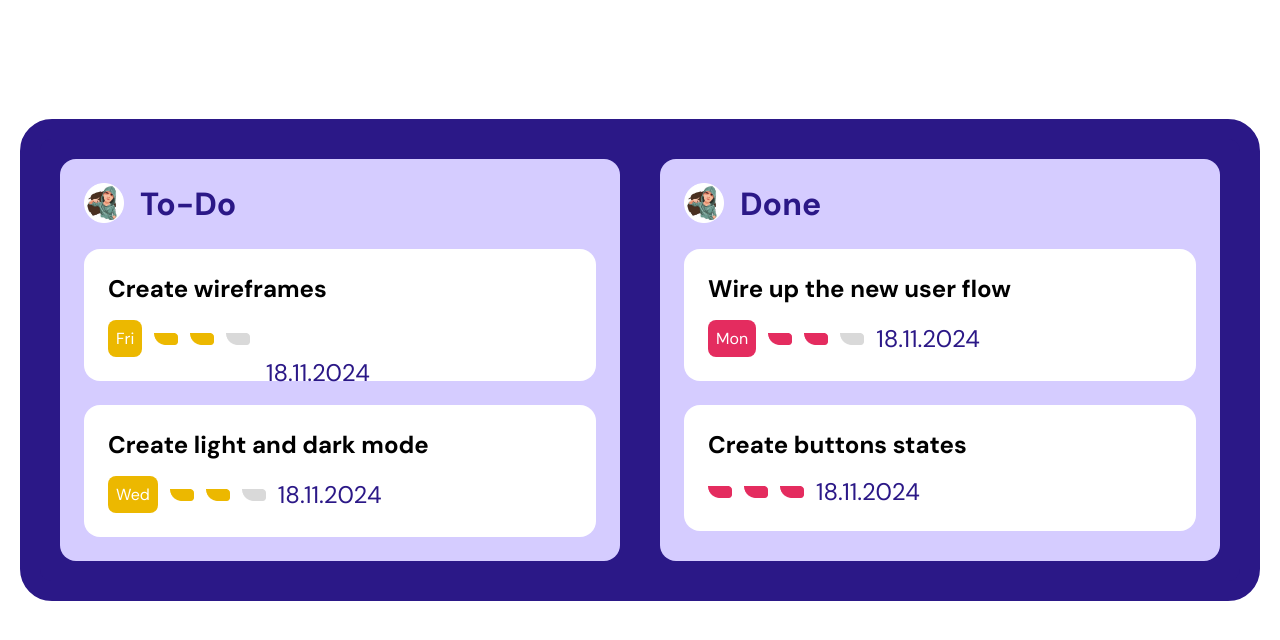
Repository: VitasYo/Kanban
Page: index.html
These files come from the project's save history. The page is drawn as it stood at one moment and after a run of saves; the edit follows.
The browser window is 1280 px wide. The pictures show the whole page.

Above is the page before, as saved 2024-04-15 20:51:26.

### index.html
<!DOCTYPE html>
<html lang="en">
<head>
  <meta charset="UTF-8">
  <meta name="viewport" content="width=device-width, initial-scale=1.0">
  <link rel="stylesheet" href="./src/assets/css/index.css">
  <title>To-Do-List-Kanban</title>
</head>
<body>
  <main class="kanban">
    <section class="kanban__column">
      <div class="kanban__title_and_icon">
        <img height=40 width=40 src="src/assets/img/Avatar.jpg" alt="Аватар">
        <h2 class="kanban__title">To-Do</h2>
      </div>
      <div class="card">
        <div class="card_title">Create wireframes</div>
        <div class="card_items">
          <div class="card_pin_yel">Fri</div>
          <div class="card_scale">
            <img class="card_scale_item" src="src/assets/img/yel_rect.png">
            <img class="card_scale_item" src="src/assets/img/yel_rect.png">
            <img class="card_scale_item" src="src/assets/img/grey_rect.png">
          </div>

        </div>
        <div class="card_date">18.11.2024</div>
      </div>
      <div class="card">
        <div class="card_title">Create light and dark mode</div>
        <div class="card_items">
          <div class="card_pin_yel">Wed</div>
          <div class="card_scale">
            <img class="card_scale_item" src="src/assets/img/yel_rect.png">
            <img class="card_scale_item" src="src/assets/img/yel_rect.png">
            <img class="card_scale_item" src="src/assets/img/grey_rect.png">
          </div>
          <div class="card_date">18.11.2024</div>
        </div>
      </div>
    </section>

    <section class="kanban__column">
      <div class="kanban__title_and_icon">
        <img height=40 width=40 src="src/assets/img/Avatar.jpg" alt="Аватар">
        <h2 class="kanban__title">Done</h2>
      </div>
      <div class="card">
        <div class="card_title">Wire up the new user flow</div>
        <div class="card_items">
          <div class="card_pin_red">Mon</div>
          <div class="card_scale">
            <img class="card_scale_item" src="src/assets/img/red_rect.png">
            <img class="card_scale_item" src="src/assets/img/red_rect.png">
            <img class="card_scale_item" src="src/assets/img/grey_rect.png">
          </div>
          <div class="card_date">18.11.2024</div>
        </div>
      </div>
      <div class="card">
        <div class="card_title">Create buttons states</div>
        <div class="card_items">
          <div class="card_scale">
            <img class="card_scale_item" src="src/assets/img/red_rect.png">
            <img class="card_scale_item" src="src/assets/img/red_rect.png">
            <img class="card_scale_item" src="src/assets/img/red_rect.png">
          </div>
          <div class="card_date">18.11.2024</div>
        </div>
      </div>
    </section>
  </main>
  </body>
<script src="./src/assets/js/index.js"></script>
</html>

### src/assets/css/index.css
@import url('https://fonts.googleapis.com/css2?family=DM+Sans:opsz,wght@9..40,100;9..40,200;9..40,300;9..40,400;9..40,500;9..40,600;9..40,700;9..40,800;9..40,900;9..40,1000&display=swap');
@import './component/_kanban.css';
@import './_media.css';



* {
  font-family: 'DM Sans', sans-serif;
}

* {
  box-sizing: border-box;
  margin: 0;
  padding: 0;
}

body {
  font-family: 'Arial', sans-serif;
  background-color: white;
  color: white;
  display: flex;
  flex-direction: column;
  min-height: 100vh;
}


.header__title,
.footer__text {
  margin: 0;
  padding: 10px 0;
}

.container {
  width: 100%;
  padding-right: 15px;
  padding-left: 15px;
  margin-right: auto;
  margin-left: auto;
}

### src/assets/css/component/_kanban.css
.kanban {
    display: flex;
    flex-wrap: wrap;
    justify-content: space-around;
    flex-grow: 1;
    flex: 0 0 100%;
    border-radius: 32px;
    border: 20px solid #2B1887;
    background-color: #2B1887;
    display: grid;
    grid-template-columns: 1fr 1fr;
    margin: auto;
}

.kanban__column {
    width: 560px;
    background-color: #D5CCFF;
    border-radius: 16px;
    padding: 24px;
    margin: 20px;
}

.kanban__title_and_icon {
    display: flex;
    width: 560px;
}

    .kanban__title {
        color: #2B1887;
        font-size: 32px;
        padding-left: 16px;
    }

.card {
    width: 512px;;
    background-color: white;
    border-radius: 16px;
    margin-block-start: 24px;
    padding: 24px;
}

    .card_title {
        color: black;
        font-size: 24px;
        font-weight: bold;
    }

    .card_items {
        margin-top: 16px;
        display: flex;
        align-items: center;
        pos
    }

        .card_pin_yel {
            padding: 8px;
            border-radius: 8px;
            background-color: #ECB800;
            margin-right: 12px;
        }

        .card_pin_red {
            padding: 8px;
            border-radius: 8px;
            background-color: #E42C5F;
            margin-right: 12px;
        }

        .card_scale {
            display: flex;
        }

            .card_scale_item {
                padding-right: 12px;
            }

        .card_date {
            font-size: 24px;
            color: #2B1887;
            width: 306px;
            float: right;
        }

### src/assets/css/_media.css
@media (min-width: 576px) {
    .container {
        max-width: 540px;
    }
}

@media (min-width: 768px) {
    .container {
        max-width: 720px;
    }
}

@media (min-width: 992px) {
    .container {
        max-width: 960px;
    }
}

@media (min-width: 1200px) {
    .container {
        max-width: 1140px;
    }
}

@media (min-width: 1400px) {
    .container {
        max-width: 1320px;
    }
}

@media screen and (min-width: 640px) {
    .kanban__column {
        flex: 0 0 calc(33.333% - 20px);
    }
}

Loaded but not shown: src/assets/js/index.js (no stored copy; drawn as an empty file)

After the next 2 saves:
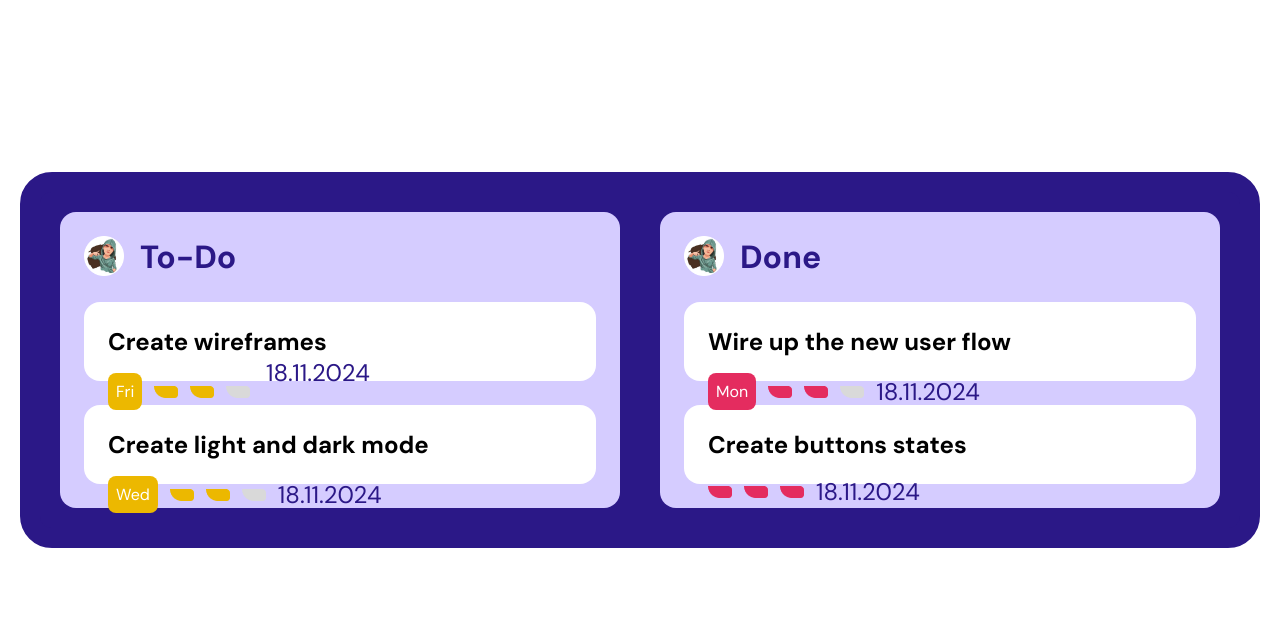
The 2 saves are shown as one change because they came seconds apart.
The last was saved 5 s later.
--- a/src/assets/css/component/_kanban.css
+++ b/src/assets/css/component/_kanban.css
@@ -49,7 +49,7 @@
         margin-top: 16px;
         display: flex;
         align-items: center;
-        pos
+        position: absolute;
     }
 
         .card_pin_yel {

After the save that followed:
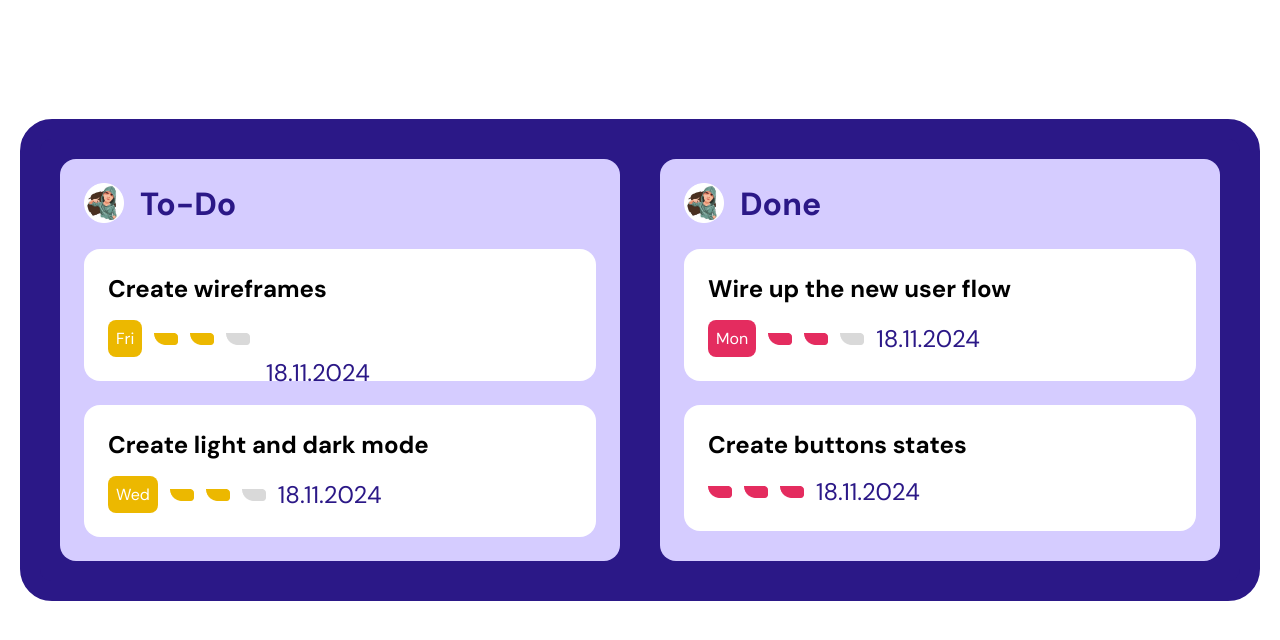
Saved 12 s later.
--- a/src/assets/css/component/_kanban.css
+++ b/src/assets/css/component/_kanban.css
@@ -49,7 +49,6 @@
         margin-top: 16px;
         display: flex;
         align-items: center;
-        position: absolute;
     }
 
         .card_pin_yel {
